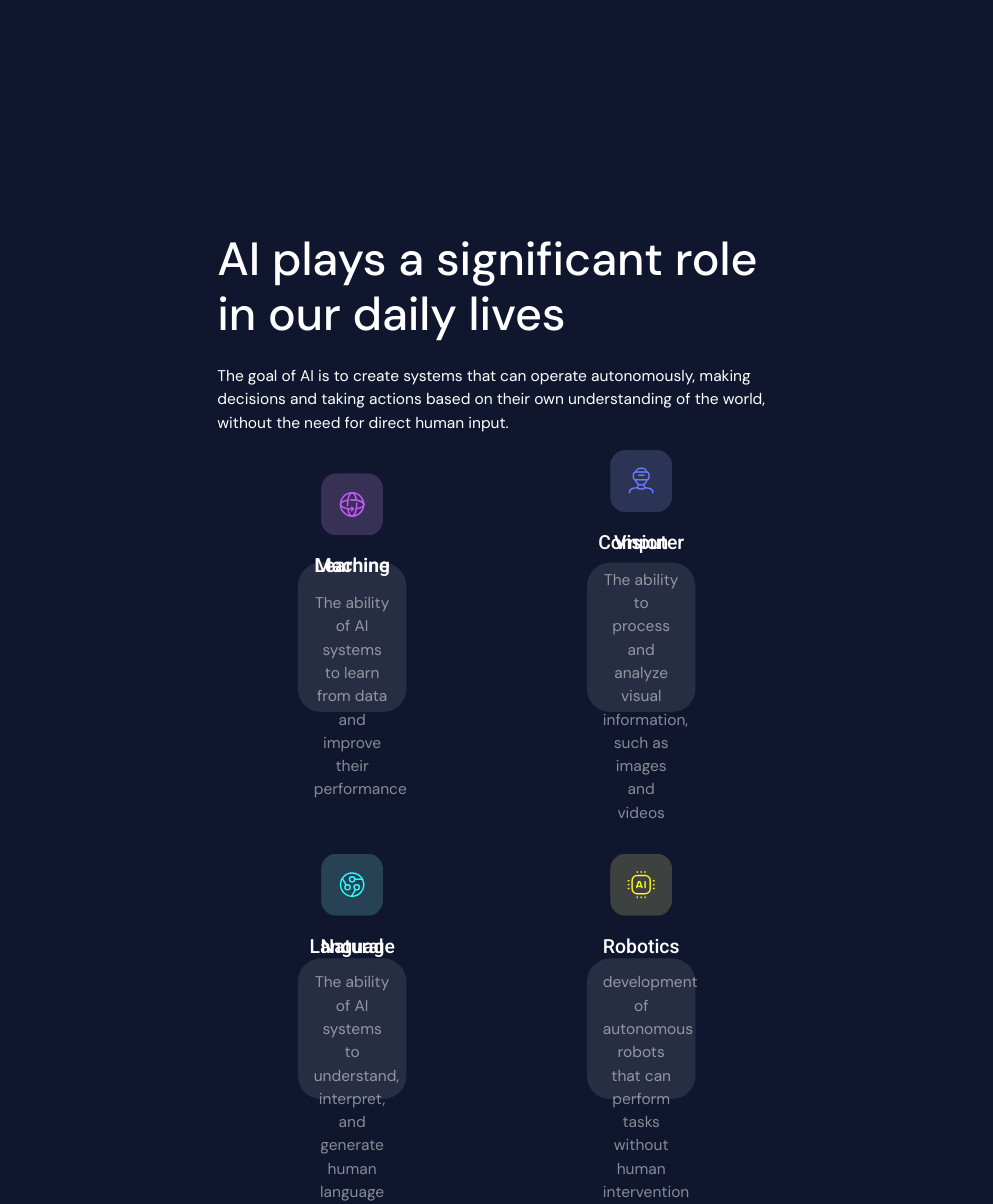
Repository: alphatra/INVO-Academy
Page: / (app in [lvl 1] Sekcja 4 obszarów AI/Starter-code/)
These files come from the project's save history. The page is drawn as it stood at one moment and after the next save; the edit follows.
The browser window is 1024 px wide. The pictures show the whole page, at 97% of full size.
The project was rebuilt for these pictures with package versions that can differ from the ones it lists, and the page was loaded fresh each time.

Above is the page before, as saved 2023-02-24 00:02:02.
Console error: TypeError: Cannot read properties of null (reading 'addEventListener')

### [lvl 1] Sekcja 4 obszarów AI/Starter-code/index.html
<!DOCTYPE html>
<html lang="en">

<head>
  <meta charset="UTF-8" />
  <link rel="icon" type="image/svg+xml" href="/vite.svg" />
  <meta name="viewport" content="width=device-width, initial-scale=1.0" />
  <title>INVO Academy JS Starter with Vite</title>
</head>

<!-- In order to start your challenge, remove all the content inside <div id="home-page"></div> and start coding :) -->

<body>
  <main>
    <section class="header">
      <div class="header__text">
        <h1>AI plays a significant role in our daily lives</h1>
        <span>The goal of AI is to create systems that can operate
          autonomously, making decisions and taking actions based on
          their own understanding of the world, without the need for direct human input.</span>
      </div>
    </section>

    <section class="categories">
      <div class="categories__category">
        <div class="categories__image">
          <img src="/public/images/ML.svg" alt="Machine Learning">
        </div>
        <h4>Machine Learning</h4>
        <span>The ability of AI systems to learn from data and improve their performance</span>
      </div>
      <div class="categories__category">
        <div class="categories__image">
          <img src="/public/images/CV.svg" alt="Computer Vision">
        </div>
        <h4>Computer Vision</h4>
        <span>The ability to process and analyze visual information, such as images and videos</span>
      </div>
      <div class="categories__category">
        <div class="categories__image">
          <img src="/public/images/NL.svg" alt="Natural Language">
        </div>
        <h4>Natural Language</h4>
        <span> The ability of AI systems to understand, interpret, and generate human language</span>
      </div>
      <div class="categories__category">
        <div class="categories__image">
          <img src="/public/images/AI.svg" alt="Robotics">
        </div>
        <h4>Robotics</h4>
        <span>development of autonomous robots that can perform tasks without human intervention</span>
      </div>
    </section>
  </main>


  <script type="module" src="/src/global-scripts/main.js"></script>
  <script type="module" src="/src/pages/home-page/scripts/home-page.js"></script>
</body>

</html>

### [lvl 1] Sekcja 4 obszarów AI/Starter-code/src/pages/home-page/scripts/home-page.js
/// Homepage JavaScript File
/// Here we import all the JavaScript files we need for our homepage.

import '../styles/home-page.scss'

import { setupCounter } from '../../../global-scripts/scripts/counter/counter.js'

setupCounter(document.querySelector('#counter'))

### [lvl 1] Sekcja 4 obszarów AI/Starter-code/src/global-styles/style.scss
/// Main Styles File
/// Here we import all the global Styles files we need for our project.

@import "styles/normalize.scss";
@import "styles/root.scss";
@import "styles/fonts.scss";

body {
  font-family: 'Roboto', sans-serif;
  color: var(--color-primary);
}

p {
  color: var(--color-on-surface);
}

### [lvl 1] Sekcja 4 obszarów AI/Starter-code/src/pages/home-page/styles/home-page.scss
    /// Homepage Styles File
    /// Here we import all the Styles files we need for our Homepage.

    body {
        background-color: #0F162D;
    }

    h1,
    p,
    span {
        font-family: 'DM Sans', sans-serif;
        color: white;
    }

    main {
        display: flex;
        flex-direction: row;
        justify-content: center;
        gap: 7em;
        margin-top: 8em;
    }

    .header {
        margin-left: 9em;
    }

    .header__text {
        &>h1 {
            font-size: 48px;
            line-height: 56px;
            font-weight: 500;
            letter-spacing: -0.002em;
            margin-bottom: 24px
        }

        &>span {
            font-size: 16px;
            line-height: 24px;
            font-weight: 400;
        }

    }

    .categories {
        display: grid;
        grid-template-columns: repeat(2, 1fr);
        grid-template-rows: repeat(2, minmax(100px, auto));
        grid-column-gap: 20px;
        row-gap: 30px;
        margin-right: 9em;
        margin-top: 2em;
    }

    .categories__category {
        display: flex;
        flex-direction: column;
        justify-content: center;
        background: #272D42;
        border-radius: 24px;
        text-align: center;
        color: white;
        width: 40%;
        height: 40%;
  min-width: 268px;
  min-height: 240px;

        &>h4 {
            font-size: 20px;
            line-height: 0px;
            font-weight: 500;
        }

        &>span {
            font-size: 16px;
            line-height: 24px;
            font-weight: 400;
            opacity: 0.5;
            padding-left: 16px;
            padding-right: 16px;
        }
    }

    @media screen and (min-width: 768px) and (max-width: 1024px) {
        main {
        flex-direction: column;
        align-items: center;
        margin-top: 13em;
        gap: 1em;
        }

        .header {
            margin-left: 14em;
            margin-right: 14em;
        }
        .categories {
            margin-left: 14em;
        margin-right: 14em;
        grid-template-columns: repeat(2, 1fr);
        grid-template-rows: repeat(2, minmax(100px, auto));
        margin-top: 0;
        }

        .categories__category {
            margin: auto;
            min-width: 20%;
            min-height: 20%;
        }
    }

    @media screen and (max-width: 767px) {
        main {
        margin-top: 0;
        flex-direction: column;
        gap: 0;
        }

        .header {
            margin-left: 2em;
            margin-right: 2em;
        }

        .header__text {
            &>h1 {
                font-size: 32px;
                line-height: 40px;
            }

            &>span {
                font-weight: 400;
                font-size: 16px;
            }
        }

        .categories {
            margin-left: 2em;
            margin-right: 2em;
        grid-template-columns: 1fr;
        grid-template-rows: auto;
        }

        .catergoris__category {
            margin: auto;
            padding-left: 16px;
            padding-right: 16px;
            padding-bottom: 24px;

        }
    }

### [lvl 1] Sekcja 4 obszarów AI/Starter-code/src/global-scripts/scripts/counter/counter.js
/// Sample js file for demo purposes
/// Remember to always export your functions
/// so that they can be used in other files

export function setupCounter(element) {
  let counter = 0
  const setCounter = (count) => {
    counter = count
    element.innerHTML = `script test - count is ${counter}`
  }
  element.addEventListener('click', () => setCounter(counter + 1))
  setCounter(0)
}

### [lvl 1] Sekcja 4 obszarów AI/Starter-code/src/global-styles/styles/root.scss
/// Root Styles file
/// Here we define all the root variables we need for our project.
/// For examples see Material Design color system: https://m2.material.io/design/color/the-color-system.html

:root {
    --color-primary: #5721f2;
    --color-on-surface: #000;
}

### [lvl 1] Sekcja 4 obszarów AI/Starter-code/src/global-styles/styles/fonts.scss
/// Main Fonts File
/// Here we import all the fonts files we need for our project.

@import url('https://fonts.googleapis.com/css2?family=Roboto:ital,wght@0,100;0,300;0,400;0,500;0,700;0,900;1,100;1,300;1,400;1,500;1,700;1,900&display=swap');
@import url('https://fonts.googleapis.com/css2?family=DM+Sans:wght@400;500&display=swap');

Loaded but not shown: [lvl 1] Sekcja 4 obszarów AI/Starter-code/src/global-scripts/main.js (common file); [lvl 1] Sekcja 4 obszarów AI/Starter-code/src/global-styles/styles/normalize.scss (common file)

After the next save:
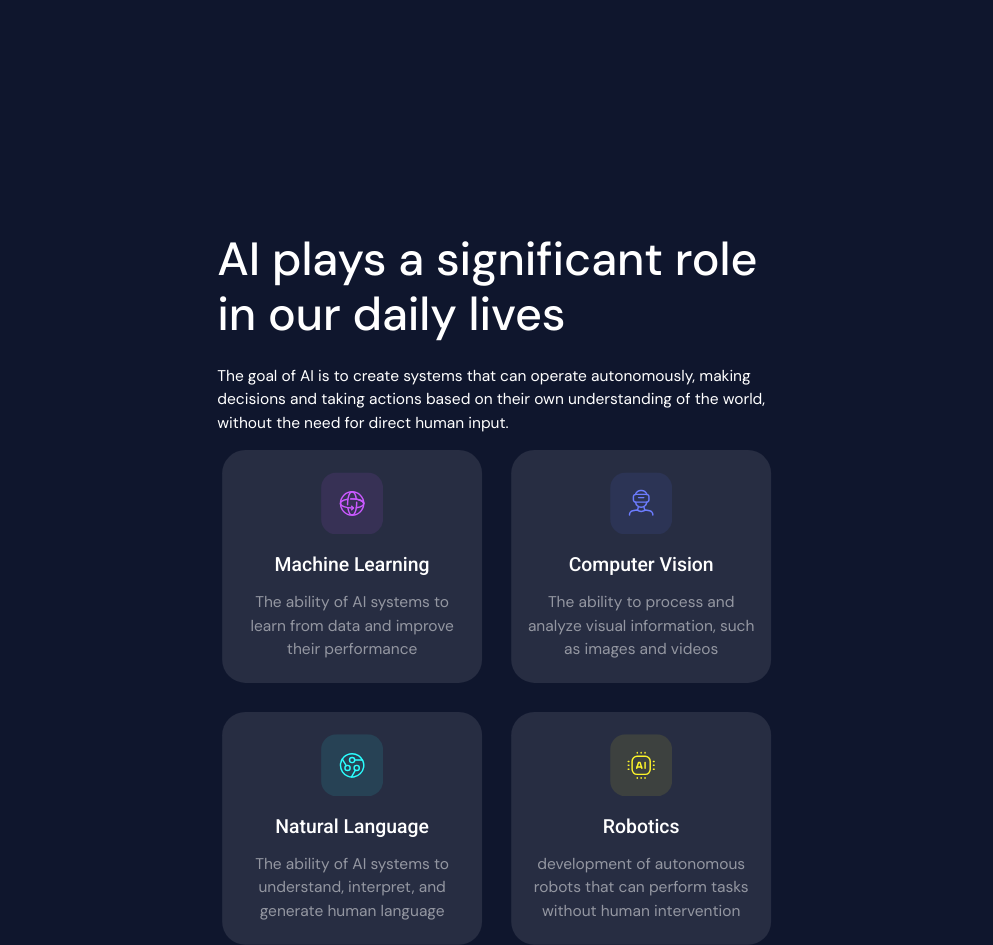
Saved 16 s later.
--- a/[lvl 1] Sekcja 4 obszarów AI/Starter-code/src/pages/home-page/styles/home-page.scss
+++ b/[lvl 1] Sekcja 4 obszarów AI/Starter-code/src/pages/home-page/styles/home-page.scss
@@ -102,8 +102,10 @@
 
         .categories__category {
             margin: auto;
-            min-width: 20%;
-            min-height: 20%;
+            width: 40%;
+        height: 40%;
+  min-width: 268px;
+  min-height: 240px;
         }
     }
 
